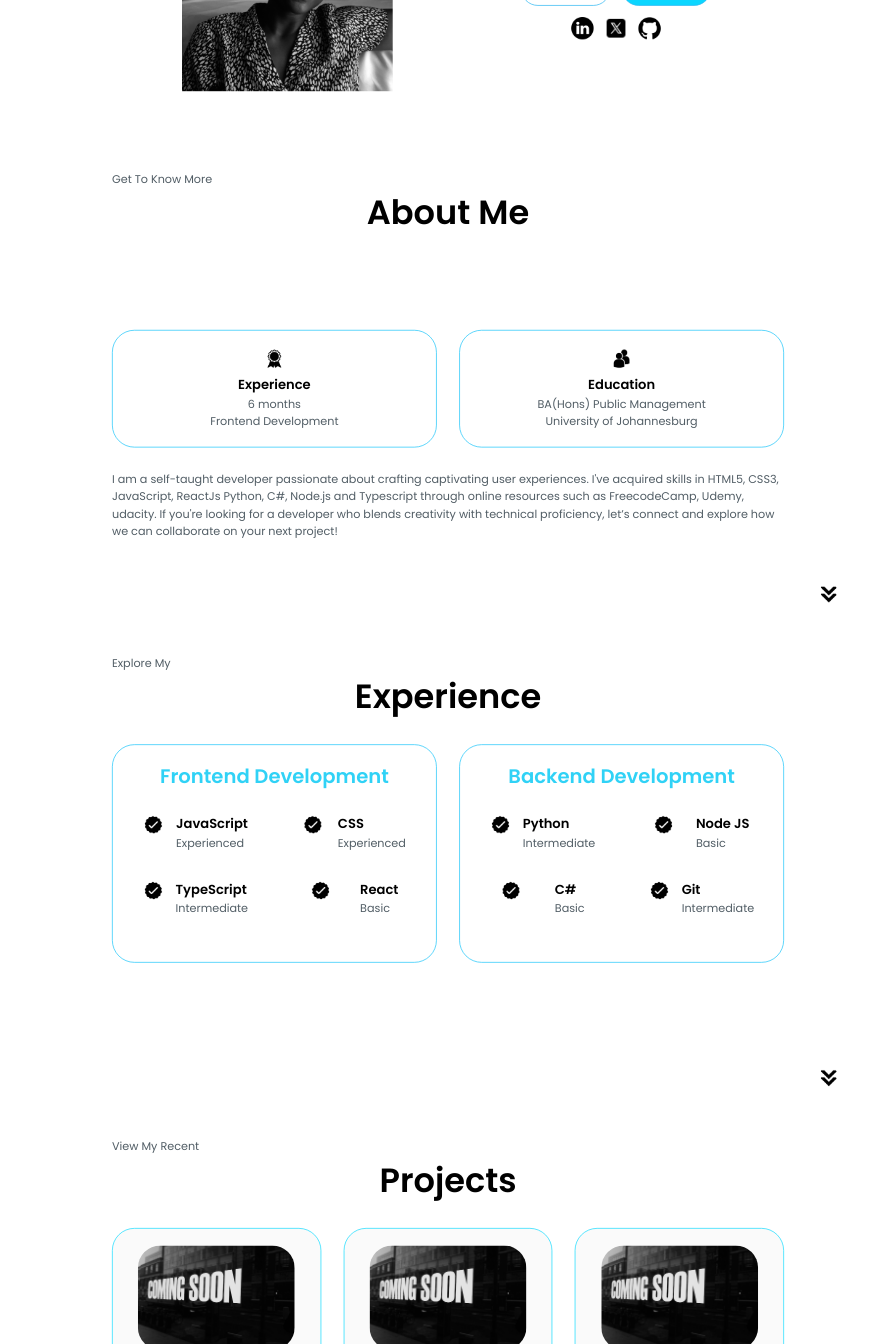
Repository: ntandomagana/FS-Dev-Portfolio
Page: index.html
These files come from the project's save history. The page is drawn as it stood at one moment and after the next save; the edit follows.
The browser window is 1280 px wide. The pictures show the part of the page from y = 505 to 2425 px (the page is 3485 px tall before and 3581 px after), at 70% of full size.

Above is the page before, as saved 2024-05-06 11:13:05.

After the next save:
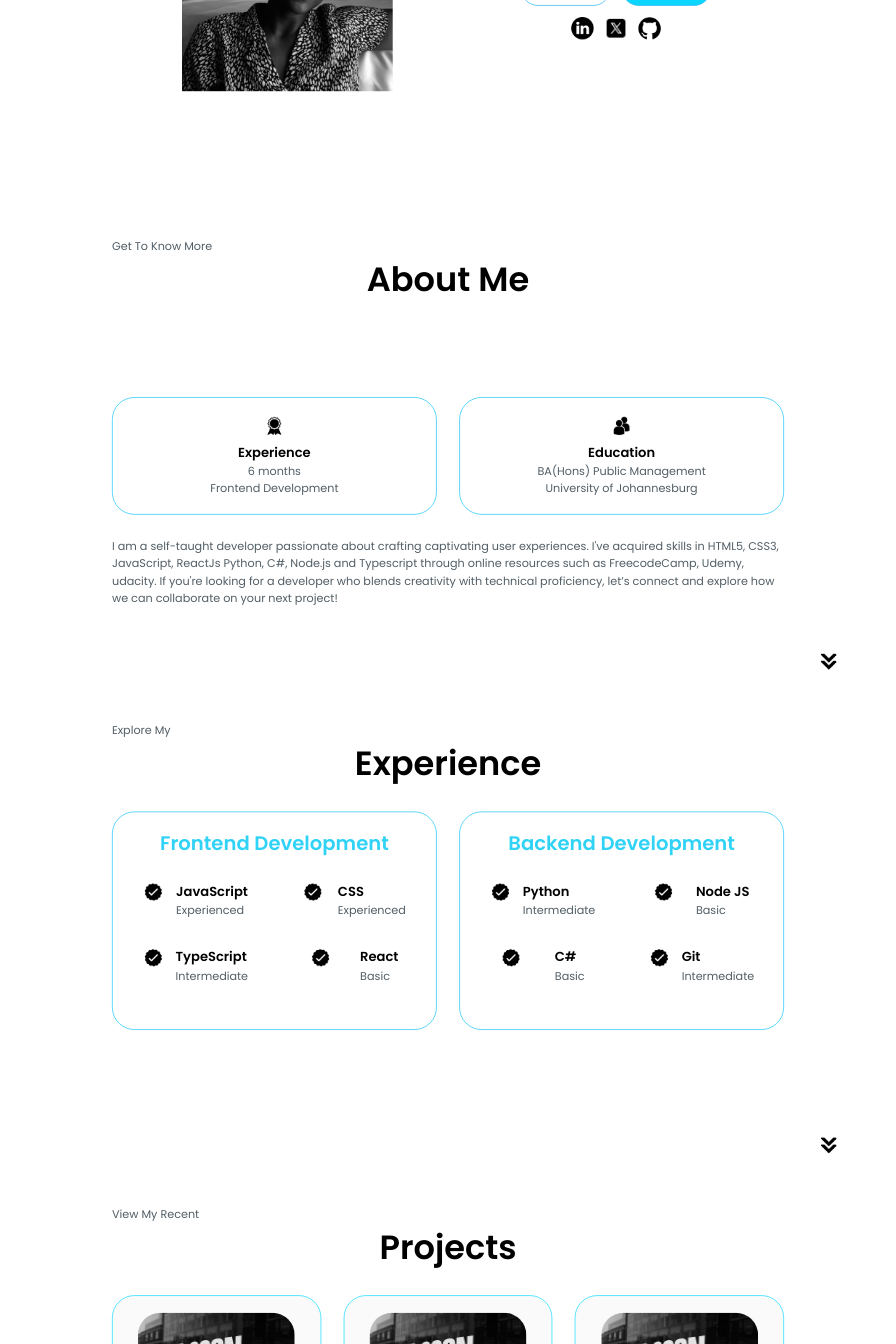
Saved 10 s later.
--- a/mediaqueries.css
+++ b/mediaqueries.css
@@ -1,6 +1,6 @@
 @media screen and (max-width: 1400px) {
     #profile {
         height: 83vh;
-        margin-bottom: ;
+        margin-bottom: 6rem;
     }
 }
